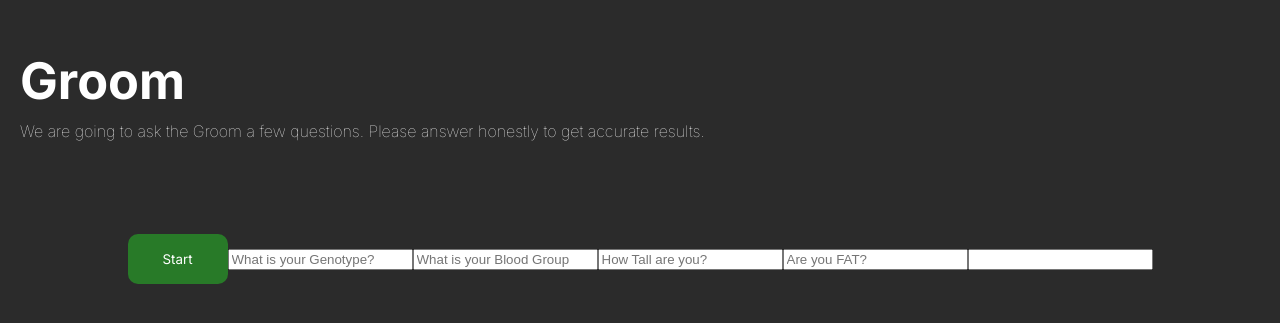
Repository: devhabeeblateef/tictactoe
Page: /
These files come from the project's save history. The page is drawn as it stood at one moment and after the next save; the edit follows.
The browser window is 1280 px wide. The pictures show the whole page.
The project was rebuilt for these pictures with package versions that can differ from the ones it lists, and the page was loaded fresh each time. Also part of the build but not shown: src/App.css, src/Myform.js.

Above is the page before, as saved 2022-06-17 02:18:04.

After the next save:
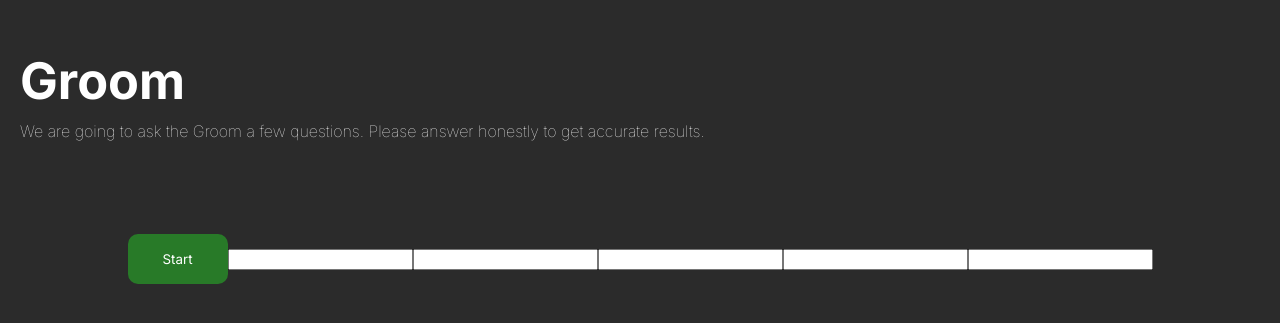
Saved 16 s later.
--- a/src/Form.js
+++ b/src/Form.js
@@ -24,11 +24,11 @@ function Form() {
         <center>
         {started ? <button onClick={start} className={classes.start}>
         Start</button> : ""}
-        <input placeholder={maleQuestions[0]}/>
-        <input placeholder={maleQuestions[1]}/>
-        <input placeholder={maleQuestions[2]}/>
-        <input placeholder={maleQuestions[3]}/>
-        <input placeholder={maleQuestions[4]}/>
+        <input  classplaceholder={maleQuestions[0]}/>
+        <input  classplaceholder={maleQuestions[1]}/>
+        <input  classplaceholder={maleQuestions[2]}/>
+        <input  classplaceholder={maleQuestions[3]}/>
+        <input class placeholder={maleQuestions[4]}/>
         </center>
     </div>
   )
